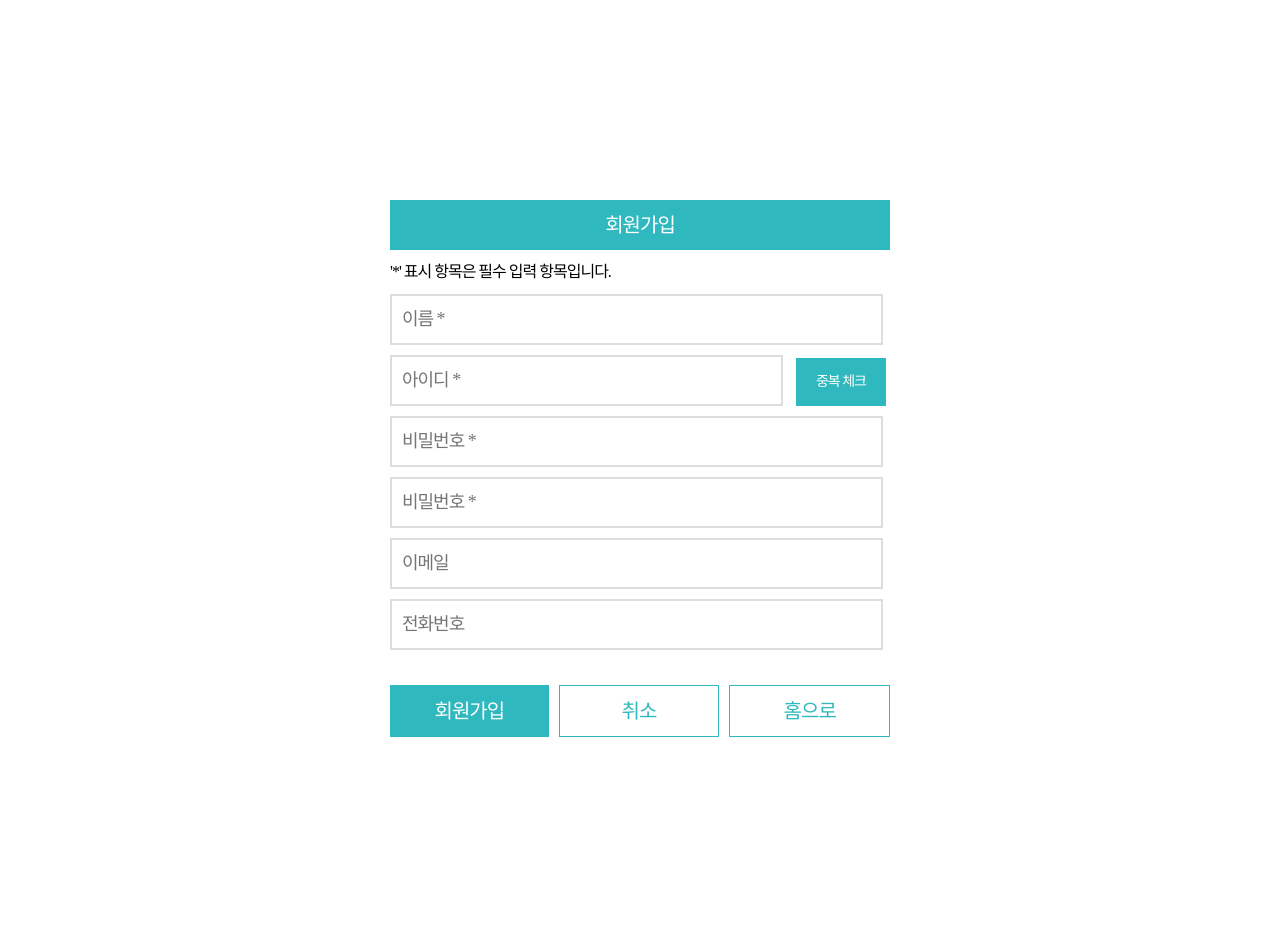
Repository: InhoKang92/jsp_1018
Page: http://localhost/Web_01/join.jsp
The author's editor kept a copy of each file at every save. The page is drawn from the files as they stood at one save, then again after the next save.
The browser window is 1280 px wide. The pictures show the whole page.
Some web fonts or font styles are not loaded; a fallback is used. The page is served by Tomcat 9.

Above is the page before, as saved 2024-10-16 02:14:20.

After the next save:
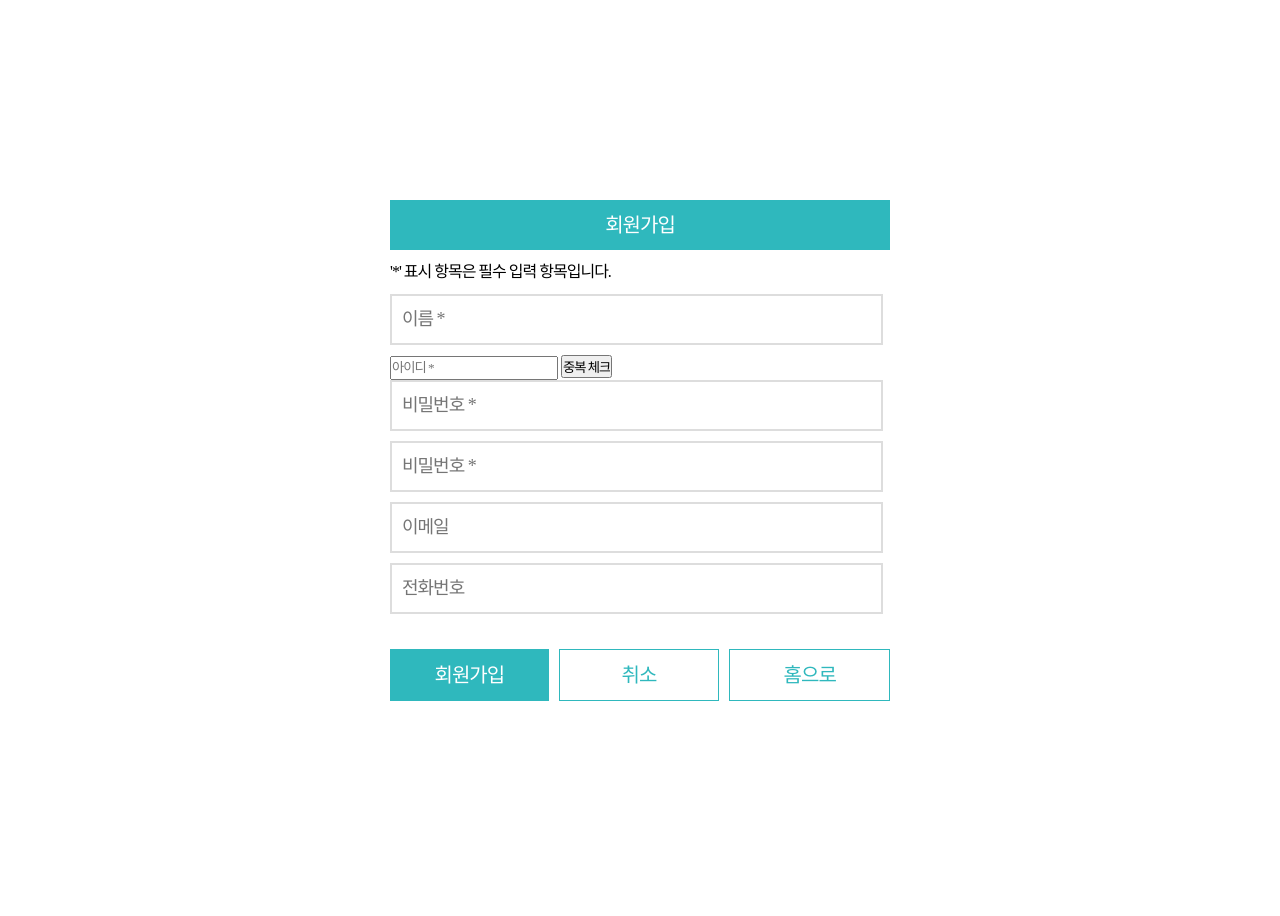
Saved 42 s later.
--- a/Web_01/src/main/webapp/join.jsp
+++ b/Web_01/src/main/webapp/join.jsp
@@ -20,8 +20,12 @@ pageEncoding="UTF-8"%>
             <p class="mand">'*' 표시 항목은 필수 입력 항목입니다.</p>
             <div class="input_box">
             	<input class="name_input" type="text" placeholder="이름 *" name="username">
-                <input class="id_input" type="text" placeholder="아이디 *" name="userid">
-                <input class="idcheck_btn" type="button" value="중복 체크" onclick="idCheck()">
+
+                <div>
+                	<input class="id_input" type="text" placeholder="아이디 *" name="userid">
+                	<input class="idcheck_btn" type="button" value="중복 체크" onclick="idCheck()">
+                </div>
+
                 <input class="pw_input" type="password" placeholder="비밀번호 *" name="pwd">
                 <input class="pw_check_input" type="password" placeholder="비밀번호 *" name="pwd_check">
                 <input class="email_input" type="text" placeholder="이메일" name="email">

After the save that followed:
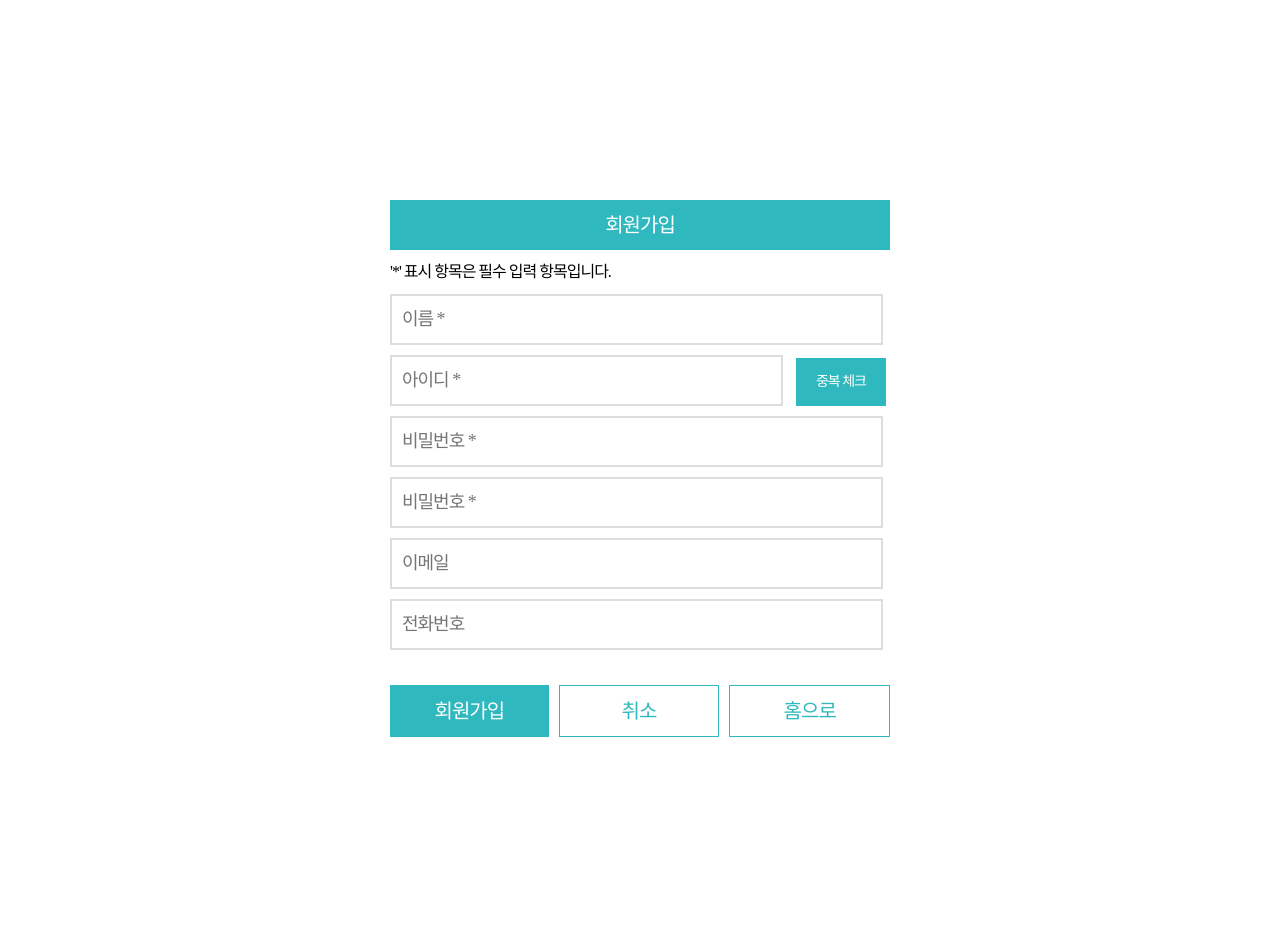
Saved 10 s later.
--- a/Web_01/src/main/webapp/css/join.css
+++ b/Web_01/src/main/webapp/css/join.css
@@ -30,7 +30,7 @@
     margin-bottom: 10px;
 }
 
-.input_box>.id_input {
+.input_box>div>.id_input {
     display: inline-block;
     width: 393px;
     border: 2px solid #ddd;
@@ -39,7 +39,7 @@
     margin-bottom: 10px;
 }
 
-.input_box>.idcheck_btn {
+.input_box>div>.idcheck_btn {
 	display: inline-block;
 	width: 90px;
 	margin-left: 10px;
